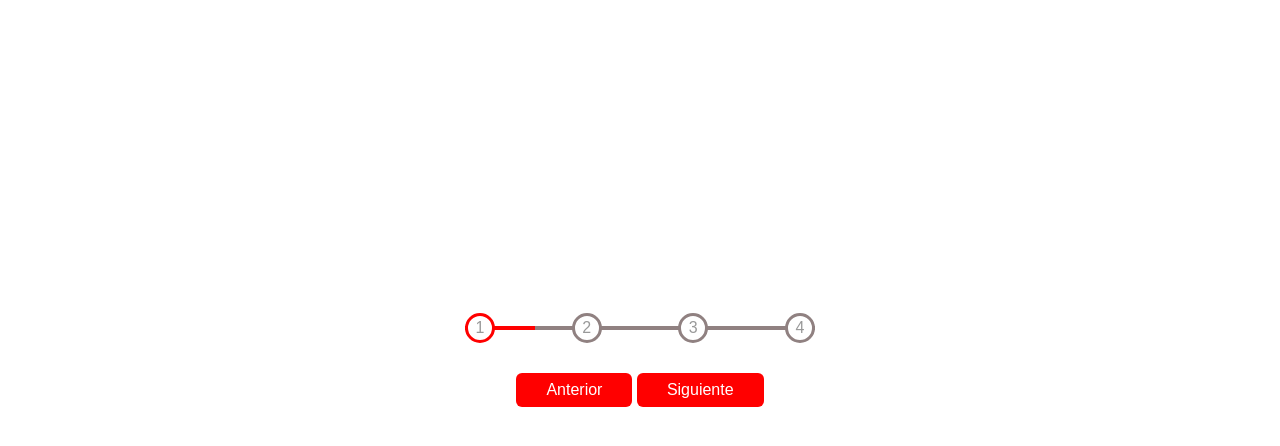
Repository: ElideZavala/Linea-de-tiempo
Page: index.html
An editor plug-in stored every save of this project. The page is shown before and after the next save, followed by the edit.
The browser window is 1280 px wide. The pictures show the whole page.
Some web fonts or font styles are not loaded; a fallback is used.

Above is the page before, as saved 2021-05-28 07:40:14.

### index.html
<!DOCTYPE html>
<html lang="en">
<head>
	<meta charset="UTF-8">
	<meta http-equiv="X-UA-Compatible" content="IE=edge">
	<meta name="viewport" content="width=device-width, initial-scale=1.0">
	<link rel="stylesheet" href="style.css">
	<link rel="stylesheet" href="normalize.css">
	<title>Pasos de progreso </title>
</head>
<body>
	<div class="container">
		<div class="progress-container">
			<div class="progress" id="progress"></div>
			<div class="circle active">1</div>
			<div class="circle">2</div>
			<div class="circle">3</div>
			<div class="circle">4</div>
		</div>

		<button class="btn" id="prev" disabled>Anterior</button>
		<button class="btn" id="next">Siguiente</button>
		<script src="script.js"></script>
	</div>
</body>
</html>

### style.css
/* @import url('https://fonts.googleapis.com/css2?family=Roboto:wght@400;700&display=swap'); */
@import url('https://fonts.googleapis.com/css?family=Muli&display=swap');


:root {
	--line-border-fill: red;
	--line-border-empty: rgb(144, 129, 129);
}

* {
	box-sizing: border-box;
}

body {
	font-family: 'Muli', sans-serif;
	display: flex;
	flex-direction: column;
	align-items: center;
	justify-content: center;
	height: 100vh;
	overflow: hidden;
	margin: 0;
}

.container {
	text-align: center;
}

.progress-container {
	display: flex;
	justify-content: space-between;
	position: relative;
	margin-bottom: 30px;
	max-width: 100%;
	width: 350px;
}

.progress-container::before {
	content: '';
	background-color: var( --line-border-empty);
	position: absolute;
	top: 50%;
	left: 0;
	transform: translateY(-50%);
	height: 4px;
	width: 100%;
	z-index: -1;
	transition: 0.4s ease;
}

.progress {
	background-color: var( --line-border-fill );
	position: absolute;
	top: 50%;
	left: 0;
	transform: translateY(-50%);
	height: 4px;
	width: 20%;
	z-index: -1;
	transition: 0.4s ease;
}

.circle {
	background-color: #fff;
	color: #999;
	border-radius: 50%;
	height: 30px;
	width: 30px;
	display: flex;
	align-items: center;
	justify-content: center;
	border: 3px solid var( --line-border-empty );
	transition: .4s ease;
}

.circle.active {
	border-color: red;
}

.btn {
	background-color: var(--line-border-fill);
	color: #fff;
	border: 0;
	border-radius: 6px;
	cursor: pointer;
	font-family: inherit;
	padding: 8px 30px;

}

Loaded but not shown: normalize.css (library); script.js (no stored copy; drawn as an empty file)

After the next save:
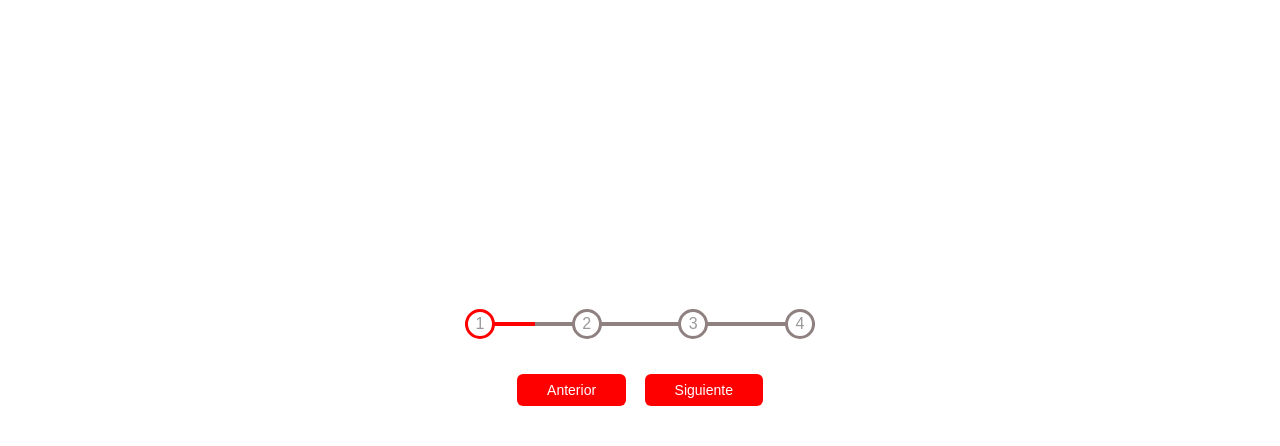
Saved 70 s later.
--- a/style.css
+++ b/style.css
@@ -85,5 +85,6 @@ body {
 	cursor: pointer;
 	font-family: inherit;
 	padding: 8px 30px;
-
+	margin: 5px 7px;
+	font-size: 14px;
 }
